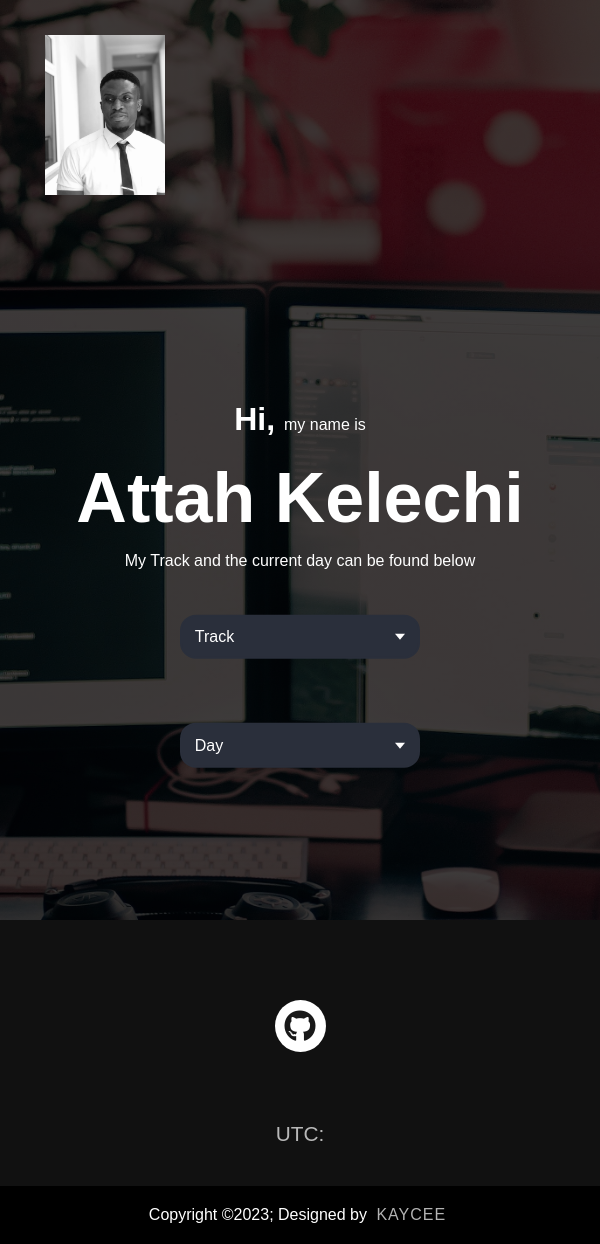
Repository: Kaycee-attah/HNG-Internship_2023
Page: index.html
The author's editor kept a copy of each file at every save. The page is drawn from the files as they stood at one save, then again after the next save.
The browser window is 600 px wide. The pictures show the whole page.

Above is the page before, as saved 2023-09-07 12:45:45.

### index.html
<!DOCTYPE html>
<html lang="en">
<head>
    <meta charset="UTF-8">
    <meta name="viewport" content="width=device-width, initial-scale=1.0">
    <title>How to make a website - Easy tutorial</title>
    <link rel="stylesheet" href="style.css">
    <link rel="stylesheet" href="https://cdnjs.cloudflare.com/ajax/libs/font-awesome/6.4.2/css/all.min.css" integrity="sha512-z3gLpd7yknf1YoNbCzqRKc4qyor8gaKU1qmn+CShxbuBusANI9QpRohGBreCFkKxLhei6S9CQXFEbbKuqLg0DA==" crossorigin="anonymous" referrerpolicy="no-referrer" />
</head>
<body>
    <div class="banner">
        <div class="navbar">
            <img class="logo" src="slack_DP.JPG" alt="Kaycee" data-testid="slackDisplayImage">
            <!-- <ul>
                <li><a href="#">Home</a></li>
                <li><a href="#">Bedroom</a></li>
                <li><a href="#">Dining</a></li>
                <li><a href="#">Kitchen</a></li>
                <li><a href="#">Backyard</a></li>
            </ul> -->
        </div>
    </div>
    <div class="content">
        <h2>Hi, <span class="text"> my name is</span></h2>
        <h1 data-testid="slackUserName">Attah Kelechi</h1>
        <span class="text-sm">My Track and the current day can be found below</span>

        <div class="track_info">
            <div class="dropdown">
                <div class="select">
                    <span class="selected">Track</span>
                    <div class="caret"></div>
                </div>
                <ul class="menu">
                    <li data-testid="myTrack">Frontend </li>

                </ul>

                <!-- <button type="button"><span class="btn"></span> MORE</button>
                <button type="button"><span class="btn"></span>SUBSCRIBE</button> -->
            </div>
            <div class="dropdown">
                <div class="select">
                    <span class="selected">Day</span>
                    <div class="caret"></div>
                </div>
                <ul class="menu">
                    <li data-testid="currentDayOfTheWeek">Framer </li>

                </ul>

                <!-- <button type="button"><span class="btn"></span> MORE</button>
                <button type="button"><span class="btn"></span>SUBSCRIBE</button> -->
            </div>
        </div>


    </div>
    <footer>
        <div class="footer_Container">
            <div class="social-icon">
                <a href=""><i class="fa-brands fa-github"></i></a>
            </div>

        </div>
        <div class="footer_Info">
            <ul>
                <li data-testid="currentUTCTime">UTC: </li>

            </ul>
        </div>
        <div class="footer_Bottom">
            <p>Copyright &copy;2023; Designed by <span class="designer">Kaycee</span></p>
        </div>
    </footer>

    <script src="script.js"></script>
</body>

</html>

### style.css
*{
    margin: 0;
    padding: 0;
    font-family: sans-serif;

}
body{
    background-image: linear-gradient(rgba(0,0,0,0.75), rgba(0,0,0,0.75)), url(IMG_6759.JPG);
    background-size: cover;
    background-position: center;
}

.banner{
    width: 100%;
    height: 100vh;


}
.navbar{
    width: 85%;
    margin: auto;
    padding: 35px 0;
    display: flex;
    align-items: center;
    justify-content: space-between;
}
.logo{
    width: 120px;
    cursor: pointer;
}
.navbar ul li{
    list-style: none;
    display: inline-block;
    margin: 0 20px;
    position: relative;
}
.navbar ul li a{
    text-decoration: none;
    color: #fff;
    text-transform: uppercase;
}
.navbar ul li::after{
    content: "";
    height: 3px;
    width: 0;
    background: #009688;
    position: absolute;
    left: 0;
    bottom: -10px;
    transition: 0.5s;
}
.navbar ul li:hover::after{
    width: 100%;
}
.content{
    width: 100%;
    position: absolute;
    top: 65%;
    transform: translateY(-50%);
    text-align: center;
    color: #fff;
}
.content h1{
    font-size: 70px;
    margin-top: 20px;
    /* margin-bottom: 10px; */
}
.content h2{
    font-size: 2.0em;
    /* margin-top: 20px; */
}
.content p{
    margin: 20px auto;
    font-weight: 100;
    line-height: 25px;
}
.text{
    margin: 0;
    font-weight: 20;
    font-size: medium;
    line-height: 5px;
}
.text-sm{
    /* margin: 35px auto; */
    font-weight: 10;
    font-size: 16px;
    line-height: 45px;
}
.track_info {
    display: flex;
    justify-content: space-around;
    align-items: center;
}
.dropdown{
    min-width: 15em;
    position: relative;
    margin: 2em;
    /* display: flex;
    justify-content: space-between;
    align-items: center; */

}
.dropdown *{
    box-sizing: border-box;
}

.select{
    background: #2a2f3b;
    color: #fff;
    display: flex;
    justify-content: space-between;
    align-items: center;
    border: 2px #2a2f3b solid;
    border-radius: 1em;
    cursor: pointer;
    transition: background 0.3s;
    padding: 0.7em 0.8em;
}
.select-clicked{
    border: 2px #26489a solid;
    box-shadow: 0 0 0.8em #26489a;
    display: flex;
    justify-content: space-between;


}

.select:hover{
    background: #323741;
}

.caret{
    width: 0;
    height: 0;
    border-left: 5px solid transparent;
    border-right: 5px solid transparent;
    border-top: 6px solid #fff;
    transition: 0.3s;
}

.caret-rotate{
    transform: rotateX(180deg);

}

.selected-rotate{
    transform: rotateX(180deg);

}

.menu{
    list-style: none;
    padding: 0.2em 0.5em;
    background: #323741;
    border: 1px #363a43 solid;
    box-shadow: 0 0.5em 1em rgba(0, 0, 0, 0.2);
    border-radius: 0.5em;
    color: #9fa5b5;
    position: absolute;
    width: 100%;
    top: 4em;
    min-height: auto;
    left: 50%;
    transform: translateX(-50%);
    opacity: 0;
    display: none;
    transition: 0.2s;
    z-index: 1;
    transition: 0.5s;
}

.menu li{
    padding: 0.7em 0.5em;
    margin: 0.3em 0;
    border-radius: 0.5em;
}

.menu li:hover{
    background: #2a2d35;
}

.menu-open{
    display: block;
    opacity: 1;
    transition: 0.5s;
}

footer{
    background-color: #111;
    width: 100%;
}
.footer_Container{
    /* width: 100%; */
    padding: 70px 30px 20px;
}
.social-icon{
    display: flex;
    justify-content: center;
}
.social-icon a{
    text-decoration: none;
    padding: 10px;
    background-color: white;
    margin: 10px;
    border-radius: 50%;
}
.social-icon a i{
    font-size: 2em;
    color: black;
    opacity: 0.9;
}


.social-icon a:hover{
    background-color: #111;
    transition: 0.5s;
}
.social-icon a:hover i{
    background-color: white;
    transition: 0.5s;
}
.footer_Info{
    margin: 30px 0;
}
.footer_Info ul{
    display: flex;
    justify-content: space-around;
}
.footer_Info ul li{
    color: white;
    margin: 20px;
    text-decoration: none;
    list-style: none;
    font-size: 1.3em;
    opacity: 0.7;
    transition: 0.5s;
}

.footer_Bottom {
    background-color: #000;
    padding: 20px;
    text-align: center;
}
.footer_Bottom p{
    color: white;

}
.designer{
    opacity: 0.7;
    text-transform: uppercase;
    letter-spacing: 1px;
    font-weight: 400;
    margin: 0px 5px;
    /* position: fixed; */
}

@media (max-width: 700px){
    .content{
        top: 75%;
        display: flex;
        flex-direction: column;

    }
    .track_info {
        display: flex;
        flex-direction: column;
        justify-content: space-between;
    }
    .menu{
        top: 3em;
        margin-bottom: 20px;
    }
    footer{
        margin-top: 120px;
    }
    .footer_Info ul{
        flex-direction: column;
    }
    .footer_Info ul li{
        width: 100%;
        text-align: center;
        margin: 10px 0;
    }
}





/* button{
    width: 200px;
    padding: 15px 0;
    text-align: center;
    margin: 20px 10px;
    border-radius: 25px;
    font-weight: bold;
    border: 2px solid #009688;
    background: transparent;
    color: #fff;
    cursor: pointer;
    position: relative;
    overflow: hidden;
}
.btn{
    background: #009688;
    height: 100%;
    width: 0;
    border-radius: 25px;
    position: absolute;
    left: 0;
    bottom: 0;
    z-index: -1;
    transition: 0.5s;
}
button:hover span{
    width: 100%;
} */

### script.js
const now = new Date();
const day = now.getDay();
const hours = now.getHours();
const minutes = now.getMinutes();
const UTCtimeStamp = now.getTime();
const GMTdate_and_time = now.toUTCString();
const daysOfWeek = [
    "Sunday",
    "Monday",
    "Tuesday",
    "Wednesday",
    "Thursday",
    "Friday",
    "Saturday"
]
const today = daysOfWeek[day];
const UTC = now.getUTCMilliseconds();
console.log("Current day of the week:", today)
console.log("UTC:", UTC)

console.log("UTCtimeStamp:", UTCtimeStamp)
console.log("GMTdate_and_time:", GMTdate_and_time)

const dropdowns = document.querySelectorAll('.dropdown');

dropdowns.forEach(dropdown => {
    const select = dropdown.querySelector('.select');
    const caret = dropdown.querySelector('.caret');
    const menu = dropdown.querySelector('.menu');
    const options = dropdown.querySelector('.menu li');
    const selected = dropdown.querySelector('.selected');


    select.addEventListener('click', () => {
        select.classList.toggle('select-clicked');
        select.classList.toggle('caret-rotate');
        selected.classList.toggle('selected-rotate');
        menu.classList.toggle('menu-open');
    })

    // options.forEach(option => {
    //     option.addEventListener('click', () => {
    //         // select.classList.toggle('select-clicked');
    //         select.classList.remove('select-clicked')
    //         caret.classList.remove('caret-rotate');
    //         menu.classList.remove('menu-open');


    //     })
    // })
})

After the next save:
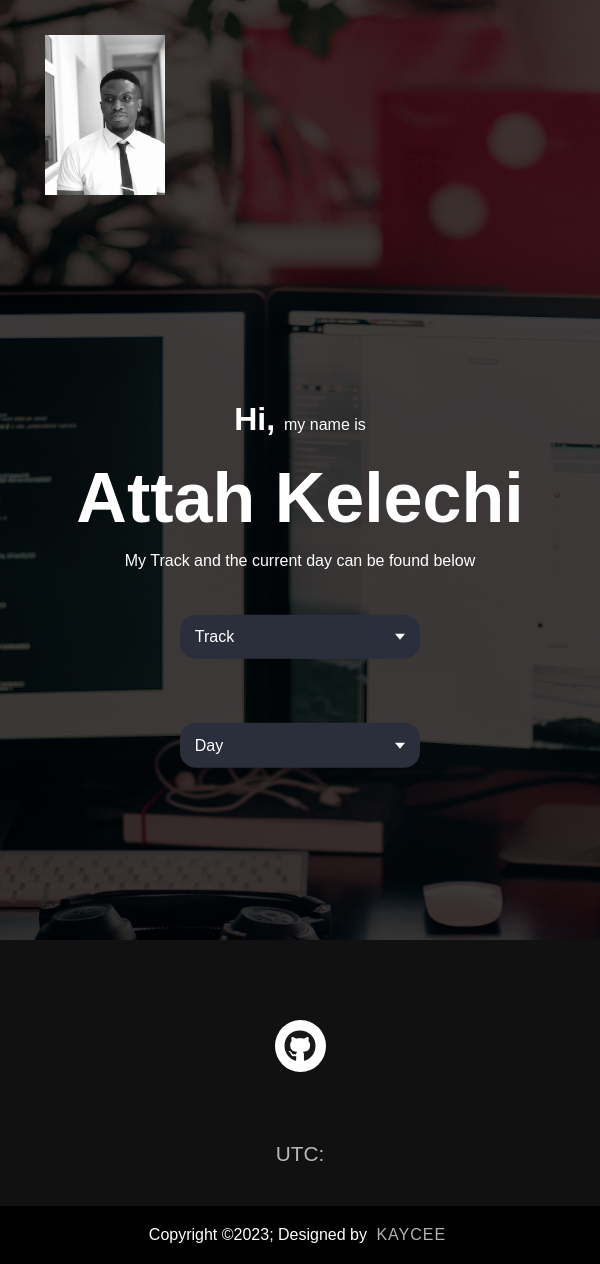
Saved 15 s later.
--- a/style.css
+++ b/style.css
@@ -271,7 +271,7 @@ footer{
         margin-bottom: 20px;
     }
     footer{
-        margin-top: 120px;
+        margin-top: 140px;
     }
     .footer_Info ul{
         flex-direction: column;
